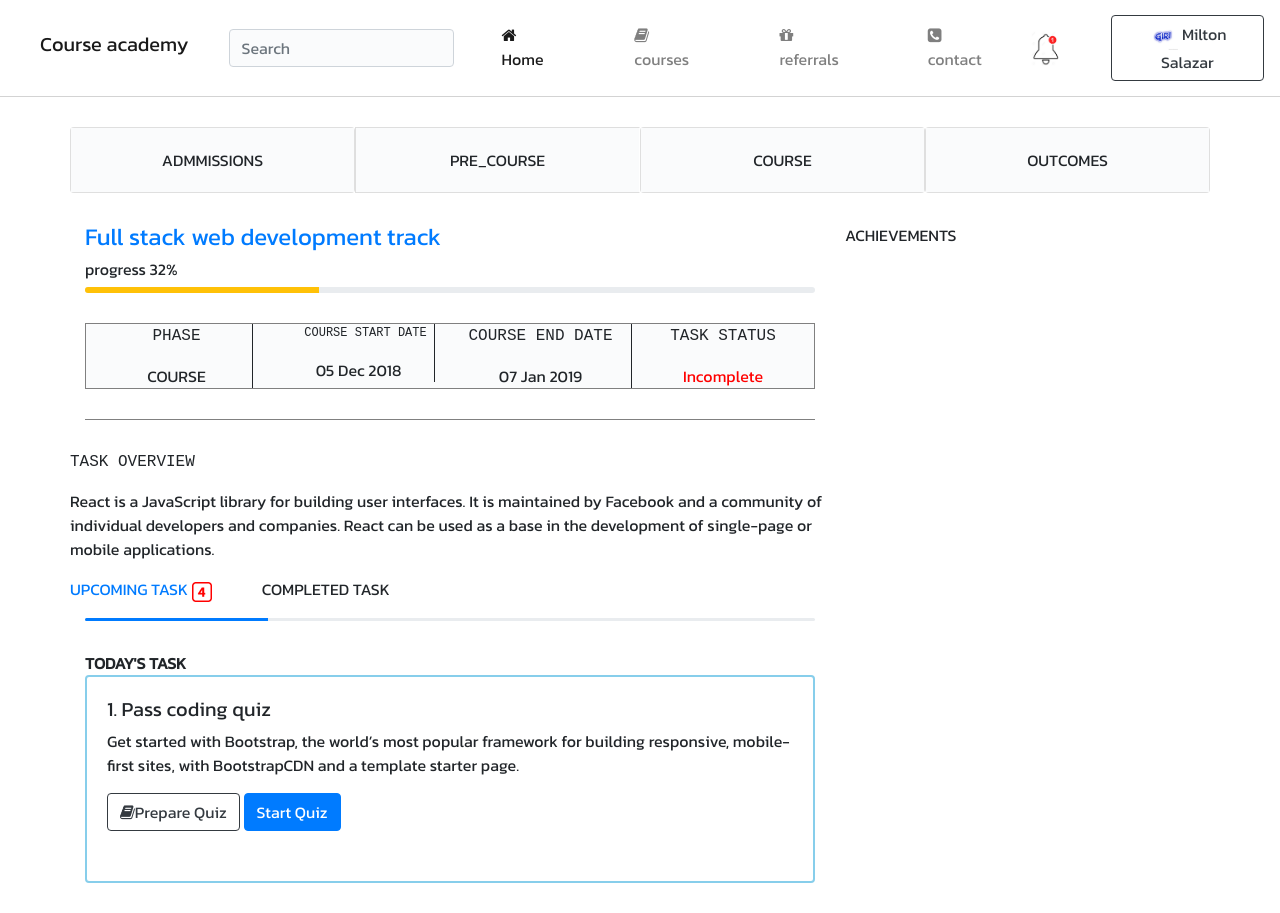
Repository: giribabu1997/html-layout
Page: task.html
An editor plug-in stored every save of this project. The page is shown before and after a run of saves, followed by the edit.
The browser window is 1280 px wide. The pictures show the whole page.
Some web fonts or font styles are not loaded; a fallback is used.

Above is the page before, as saved 2019-06-28 12:52:23.

### task.html
<!DOCTYPE html>
<html lang="en">

<head>
    <meta charset="UTF-8">
    <meta name="viewport" content="width=device-width, initial-scale=1.0">
    <meta http-equiv="X-UA-Compatible" content="ie=edge">
    <title>Document</title>
    <link rel="stylesheet" href="https://stackpath.bootstrapcdn.com/bootstrap/4.3.1/css/bootstrap.min.css"
        integrity="sha384-ggOyR0iXCbMQv3Xipma34MD+dH/1fQ784/j6cY/iJTQUOhcWr7x9JvoRxT2MZw1T" crossorigin="anonymous">
    <link href="https://fonts.googleapis.com/css?family=Kanit&display=swap" rel="stylesheet">
    <link rel="stylesheet" href="https://cdnjs.cloudflare.com/ajax/libs/font-awesome/4.7.0/css/font-awesome.min.css">
    <link href="https://fonts.googleapis.com/css?family=Cutive+Mono&display=swap" rel="stylesheet">
    <style>
        .navhead-height {
            padding: 1.5rem;
        }

        .head-container {
            padding: 0%;
        }

        * {
            font-family: 'Kanit', sans-serif;
        }

        .home-link {
            padding-right: 2.5rem !important;
            padding-left: 2.5rem !important;
        }
    </style>

</head>

<body>
    <div class="container-fluid head-container" style=" border-bottom: 1px solid lightgrey;">
        <nav class="navbar navbar-expand-lg navbar-light bg-white">
            <a class="navbar-brand navhead-height" href="#">
                <h5>Course academy </h5>
            </a>
            <button class="navbar-toggler" type="button" data-toggle="collapse" data-target="#navbarSupportedContent"
                aria-controls="navbarSupportedContent" aria-expanded="false" aria-label="Toggle navigation">
                <span class="navbar-toggler-icon"></span>
            </button>
            <form class="form-inline my-2 my-lg-0">
                <input class="form-control mr-sm-2" type="search" placeholder="Search" aria-label="Search"
                    style="background-color: #fafbfc;">
            </form>
            <div class="collapse navbar-collapse" id="navbarSupportedContent">
                <ul class="navbar-nav mr-auto">
                    <li class="nav-item active">
                        <a class="nav-link home-link" href="#"><i class="fa fa-home"></i> Home <span
                                class="sr-only">(current)</span></a>
                    </li>
                    <li class="nav-item">
                        <a class="nav-link home-link" href="#"><i class="fa fa-book"></i> courses</a>
                    </li>
                    <li class="nav-item">
                        <a class="nav-link home-link" href="#"><i class="fa fa-gift"></i> referrals</a>
                    </li>
                    <li class="nav-item">
                        <a class="nav-link home-link" href="#"><i class="fa fa-phone-square"></i> contact</a>
                    </li>
                    <li class="nav-item">
                        <a class="nav-link home-link" href="#"></a>
                        <img src="icon.png" width="30px" style="text-align: center" />
                        </a>
                    </li>
                    <button class="btn btn-outline-dark my-2 my-sm-0" type="submit">
                        <img src="giri.png" width="30px" /> Milton Salazar </button>
            </div>
        </nav>
    </div>
    <div class="container" style="padding-top: 30px; padding-bottom: 30px">
        <div class="row">
            <div class="col-md-3" style="padding: 0px !important">
                <div class="card">
                    <div class="card-body" style="text-align: center; background-color: #fafbfc;">
                        <h> ADMMISSIONS</h>
                    </div>
                </div>
            </div>
            <div class="col-md-3" style="padding: 0px !important">
                <div class="card" style="border-radius: 0;border-right-color: white;">
                    <div class="card-body" style="text-align: center; background-color: #fafbfc;">
                        <h> PRE_COURSE</h>
                    </div>
                </div>
            </div>
            <div class="col-md-3" style="padding: 0px !important">
                <div class="card">
                    <div class="card-body" style="text-align: center; background-color: #fafbfc;">
                        <h> COURSE</h>
                    </div>
                </div>
            </div>
            <div class="col-md-3" style="padding: 0px !important">
                <div class="card">
                    <div class="card-body" style="text-align: center; background-color: #fafbfc;">
                        <h> OUTCOMES</h>
                    </div>
                </div>
            </div>
        </div>
    </div>
    <div class="container">
        <div class="row">
            <div class="col-8">
                <h4> <a class="text-primary">Full stack web development track</a></h4>
                <h6>progress 32%</h6>
                <div class="progress" style=" height: 0.4rem;">
                    <div class="progress-bar bg-warning" role="progressbar" style="width: 32%" aria-valuenow="32"
                        aria-valuemin="0" aria-valuemax="50">
                    </div>
                </div>
                <div class="container" style="padding-top: 30px; padding-bottom: 30px; border-bottom: 1px solid gray;">
                    <div class="row" style="border: 1px solid gray; text-align: center; background-color: #fafbfc;">
                        <div class="col-3">
                            <div class="box" style="border-right: 1px solid">
                                <p style="font-family: 'Cutive Mono', monospace;">PHASE</p>
                                <h7>COURSE</h7>
                            </div>
                        </div>
                        <div class="col-3">
                            <div class="box" style="border-right: 1px solid">
                                <p style="font-family: 'Cutive Mono', monospace; width: 165px; font-size: 12px;">COURSE
                                    START DATE</p>
                                <h7>05 Dec 2018</h7>
                            </div>
                        </div>
                        <div class="col-3" style="border-right: 1px solid">
                            <div class="box">
                                <p style="font-family: 'Cutive Mono', monospace;">COURSE END DATE</p>
                                <h7>07 Jan 2019</h7>
                            </div>
                        </div>
                        <div class="col-3">
                            <div class="box">
                                <p style="font-family: 'Cutive Mono', monospace;">TASK STATUS</p>
                                <span style="color: red">Incomplete</span>
                            </div>
                        </div>
                    </div>
                </div>

                <div class="row" style="padding-top: 30px">
                    <h style="padding-bottom: 15px; font-family: 'Cutive Mono', monospace;">TASK OVERVIEW</h>
                    <p>React is a JavaScript library for building user interfaces. It is maintained by Facebook and a
                        community of individual developers and companies. React can be used as a base in the development
                        of single-page or mobile applications.</p>
                </div>
                <div class="row">
                    <p class="text-primary" style="padding-right: 50px">UPCOMING TASK <img src="4.png" width="20px" />
                    </p>
                    <h>COMPLETED TASK</h>
                </div>
                <div class="progress" style="height: 0.2rem">
                    <div class="progress-bar" role="progressbar" style="width: 25%" aria-valuenow="25" aria-valuemin="0"
                        aria-valuemax="100"></div>
                </div>
                <div style="padding-top: 30px; padding-bottom: 30px">
                    <h9><strong> TODAY'S TASK</strong></h9>
                    <div class="card" style="padding-bottom: 30px;border-color: skyblue; border-width: 2px;">
                        <div class="card-body">
                            <h5>1. Pass coding quiz</h5>
                            <p>Get started with Bootstrap, the world’s most popular framework for building responsive,
                                mobile-first sites, with BootstrapCDN and a template starter page.</p>
                            <div class="row">
                                <div class="col-sm">
                                    <button type="button" class="btn btn-outline-dark"
                                        style="background-color: white"><i class="fa fa-book"
                                            aria-hidden="true"></i></i>Prepare Quiz</button>
                                    <button type="button" class="btn btn-primary">Start Quiz</button>
                                </div>
                            </div>

                        </div>
                    </div>
                </div>

            </div>
            <div class="col-4">
                <div>

                </div>
                ACHIEVEMENTS
            </div>
        </div>
    </div>


</body>
<script src="https://code.jquery.com/jquery-3.3.1.slim.min.js"
    integrity="sha384-q8i/X+965DzO0rT7abK41JStQIAqVgRVzpbzo5smXKp4YfRvH+8abtTE1Pi6jizo"
    crossorigin="anonymous"></script>
<script src="https://cdnjs.cloudflare.com/ajax/libs/popper.js/1.14.7/umd/popper.min.js"
    integrity="sha384-UO2eT0CpHqdSJQ6hJty5KVphtPhzWj9WO1clHTMGa3JDZwrnQq4sF86dIHNDz0W1"
    crossorigin="anonymous"></script>
<script src="https://stackpath.bootstrapcdn.com/bootstrap/4.3.1/js/bootstrap.min.js"
    integrity="sha384-JjSmVgyd0p3pXB1rRibZUAYoIIy6OrQ6VrjIEaFf/nJGzIxFDsf4x0xIM+B07jRM"
    crossorigin="anonymous"></script>

</html>

After the next 2 saves:
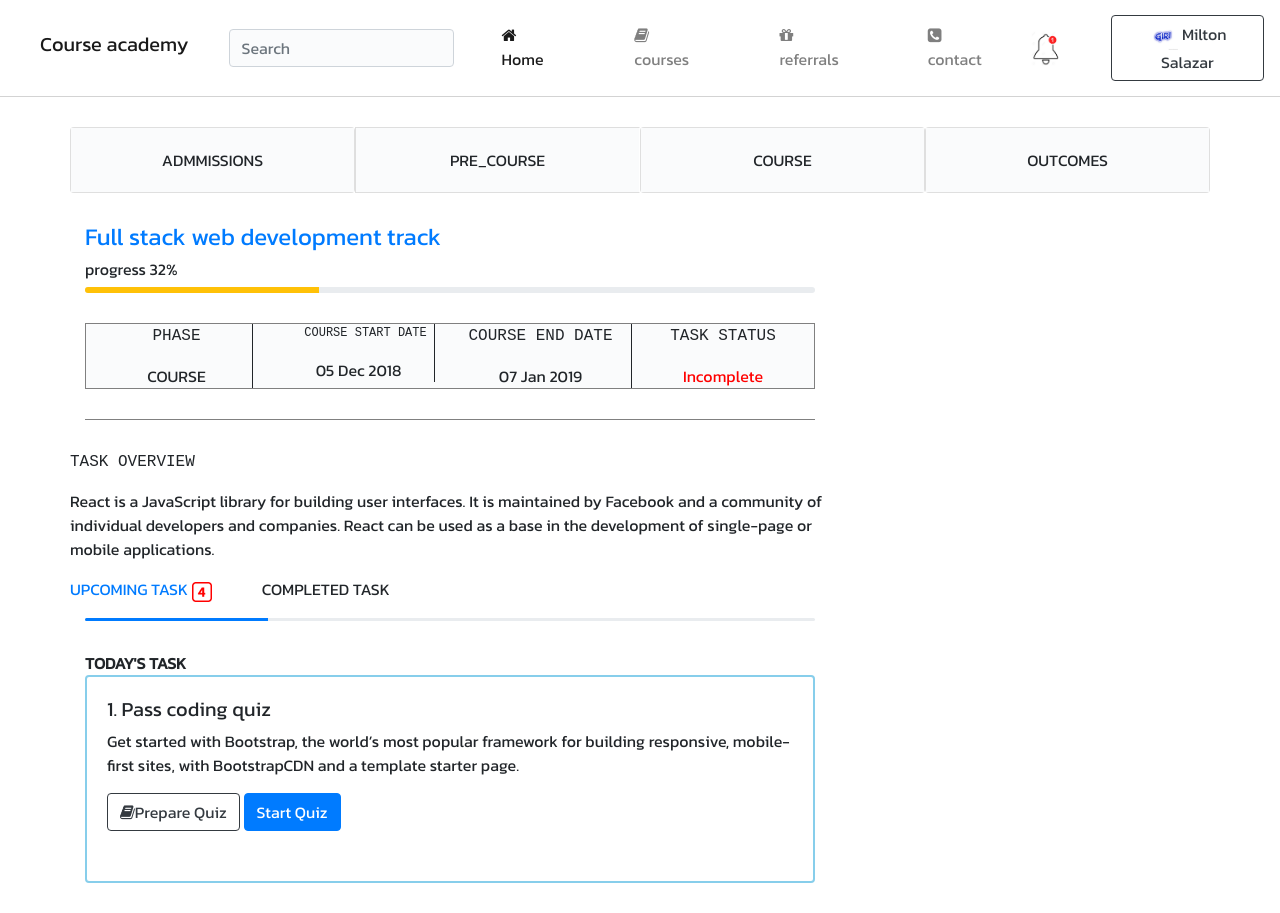
The 2 saves are shown as one change because they came seconds apart.
The last was saved 14 s later.
--- a/task.html
+++ b/task.html
@@ -180,10 +180,9 @@
 
             </div>
             <div class="col-4">
-                <div>
-
-                </div>
-                ACHIEVEMENTS
+                <div c>
+
+                </div>
             </div>
         </div>
     </div>
